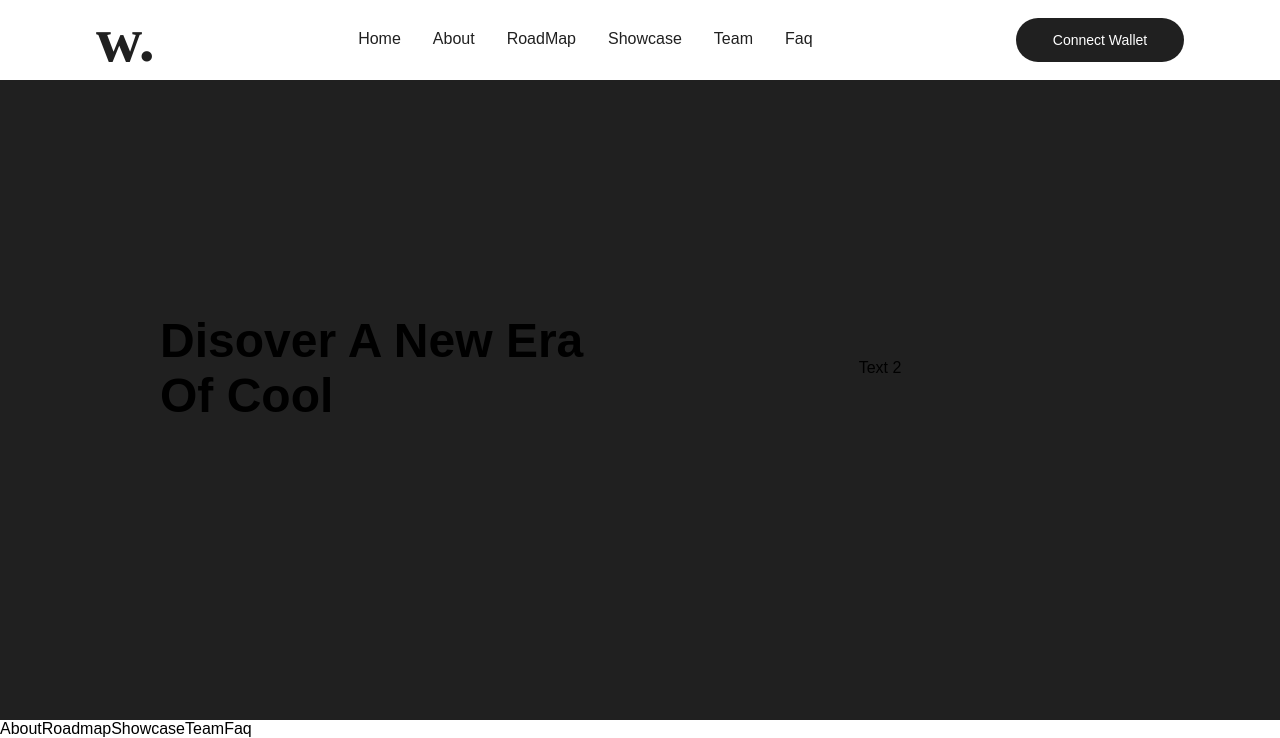
Repository: guilhermecardoso93/The-Weirdos-NFT-Website-Starter-Code
Page: /
An editor plug-in stored every save of this project. The page is shown before and after the next save, followed by the edit.
The browser window is 1280 px wide. The pictures show the whole page.
Some web fonts or font styles are not loaded; a fallback is used. The project was rebuilt for these pictures with package versions that can differ from the ones it lists, and the page was loaded fresh each time.

Above is the page before, as saved 2023-11-27 21:19:54.

After the next save:
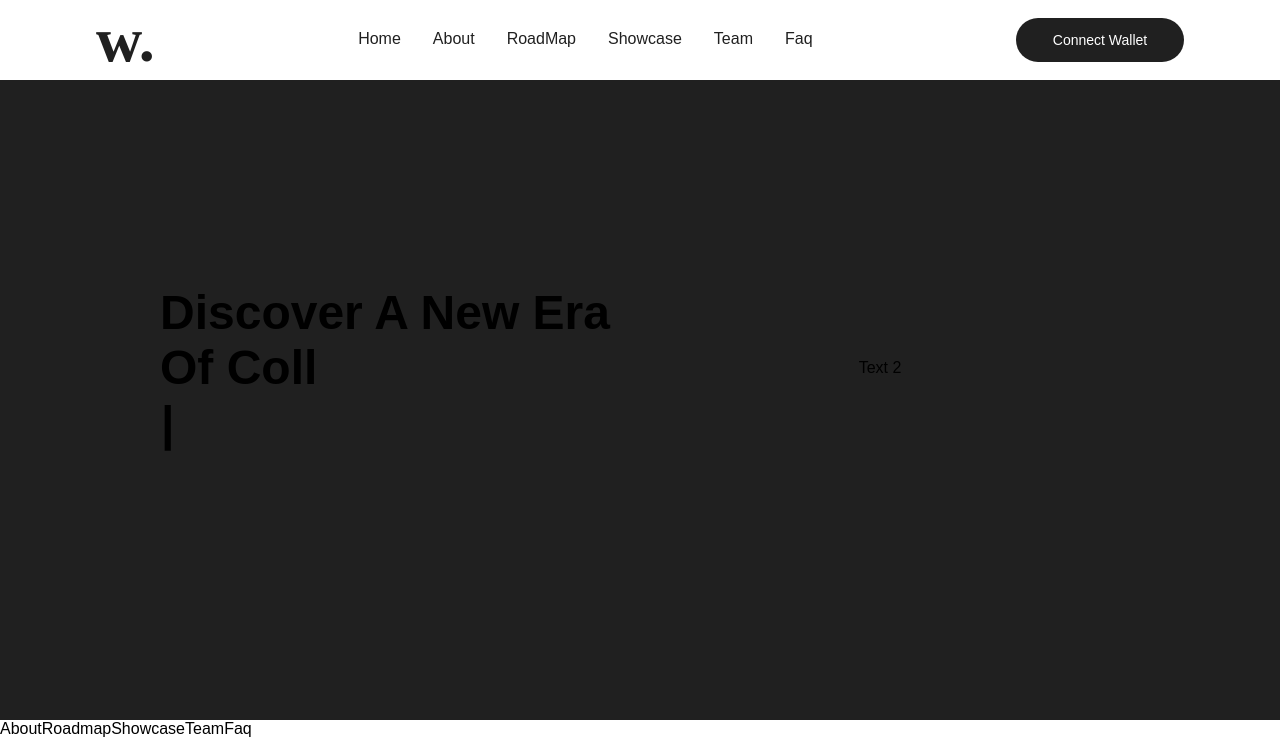
Saved 4 min 12 s later.
--- a/src/components/TypeWriter/index.jsx
+++ b/src/components/TypeWriter/index.jsx
@@ -1,9 +1,15 @@
+import Typewriter from "typewriter-effect";
 import { Title } from "./style";
 
 export function TypeWriter() {
   return (
     <Title>
-      Disover a new era of cool
+      Discover a new era of coll
+      <Typewriter
+        onInit={(typewriter) => {
+          typewriter.typeString("NFTs")
+        }}
+      />
     </Title>
   );
 }
